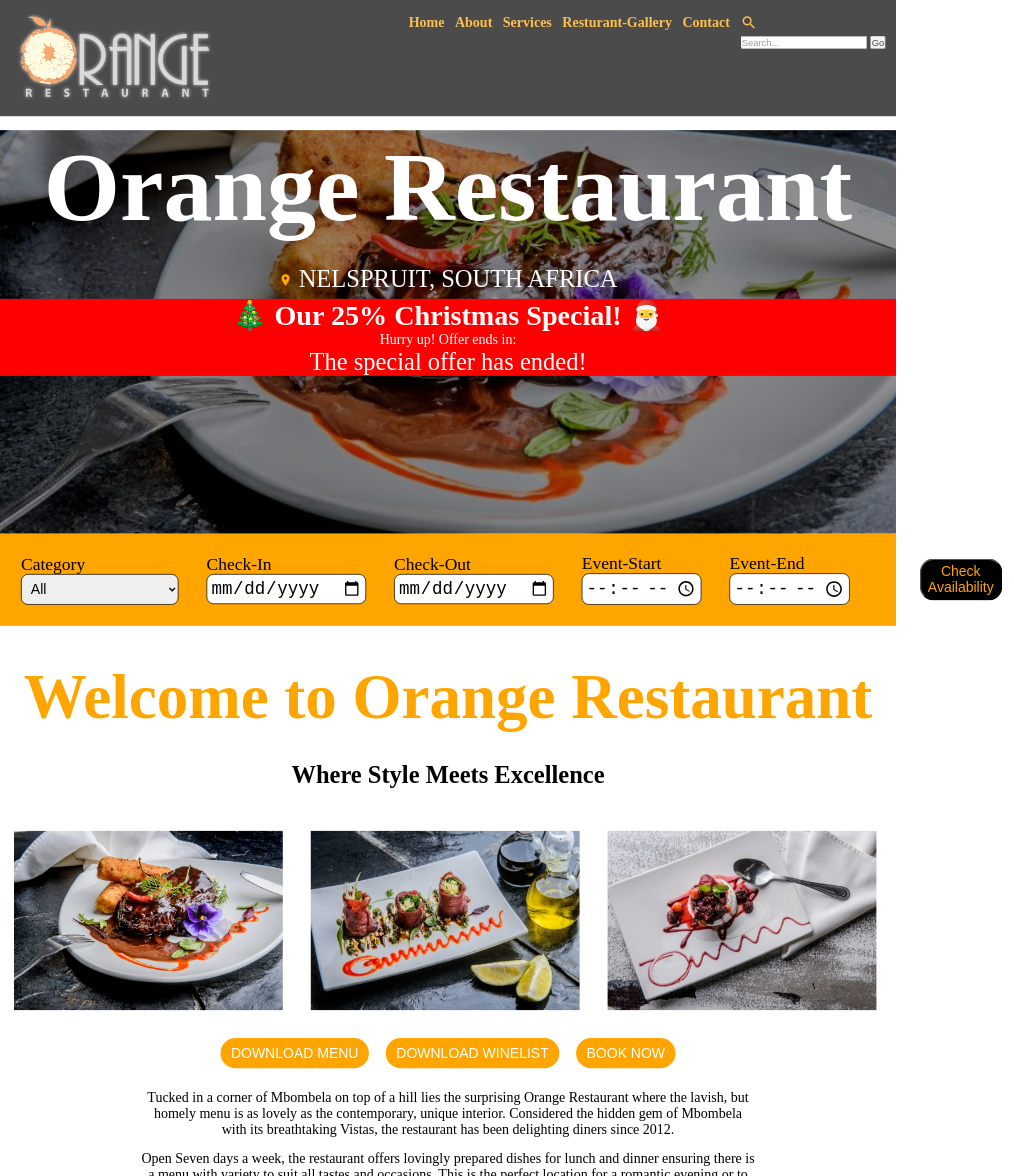
Repository: KaraboM20/KaraboUpdatedProjectOrang-Rest
Page: index.html
The author's editor kept a copy of each file at every save. The page is drawn from the files as they stood at one save, then again after the next save.
The browser window is 1280 px wide. The page is 1448 px wide, so the pictures cover 1448 px, including what lies to the right of the window. The pictures show the part of the page from y = 0 to 1680 px (the page is 2569 px tall), at 70% of full size.

Above is the page before, as saved 2025-01-31 13:34:37.

### index.html
<!DOCTYPE html>
<html lang="en">
<head>
    <meta charset="UTF-8">
    <meta name="viewport" content="width=device-width, initial-scale=1.0">
    <link href="https://fonts.googleapis.com/icon?family=Material+Icons" rel="stylesheet">
    <link rel="stylesheet" href="./responsive.css">
    <link rel="stylesheet" href="./style.css">
    <title>Orange Resturant</title>
</head>
<body>
    <header>
        <!-- The nav-bar section -->
         <section class="nav-section">

        <div class="navbar">
         <div class="logo">
            <img src="./assets/Orange-Logo.png" alt="" class="logo-img">
         </div>

            <div class="nav-info">
                <ul>
                    <li><a href="./index.html">Home</a></li>
                    <li><a href="./about.html">About</a></li>
                    <li><a href="./services.html">Services</a></li>
                    <li><a href="./gallery.html">Resturant-Gallery</a></li>
                    <li><a href="./contact.html">Contact</a></li>
                    <li>
                    <div class="search-container">
                        <span class="material-icons search-icon">search</span>
                        <div class="search-box">
                            <input type="text" placeholder="Search...">
                            <button type="button">Go</button>
                        </div>
                    </div>
                </li>
                </ul>
             </div>

        </div>
    </section>

    <div class="upper-section">

        <div class="overlay">
        </div>

        <div class="banner-wrap">
            <div class="name"><h1>Orange Restaurant</h1></div>
            <div class="icon-div">
            <span class="icon">
                <span class="material-icons"><a href="https://www.google.com/maps/dir//4+Du+Preez+St,+Mbombela,+1200/@-25.4780157,30.9067737,12z/data=!4m8!4m7!1m0!1m5!1m1!1s0x1ee849f51301d8b7:0xb337d404eb7d9758!2m2!1d30.9891752!2d-25.4780387?entry=ttu&g_ep=EgoyMDI0MTExOC4wIKXMDSoASAFQAw%3D%3D" target="_blank">location_on</a> </span>
                NELSPRUIT, SOUTH AFRICA
            </span>
            </div>

            <div class="countdown-container">
                <h6>🎄 Our 25% Christmas Special! 🎅</h6>
                <p class="chritmas-special">Hurry up! Offer ends in:</p>
                <div id="countdown">
                    <span id="days"></span> Days
                    <span id="hours"></span> Hours
                    <span id="minutes"></span> Minutes
                    <span id="seconds"></span> Seconds
                </div>
            </div>

        </div>

        </div>


    </header>
<!-- availability section -->
    <section>
        <form class="check-availability">
        <div class="category">
            <label for="name">Category</label>
            <select name="category" id="category-select">
                <option value="all">All</option>
                <option value="Wedding and Events">Wedding and Events</option>
                <option value="Conferencing">Conference</option>
                <option value="The Mandarin Room">The Mandarin Room</option>
            </select>
        </div>

        <div class="check-in">
            <label for="name">Check-In</label>
            <input type="date">
        </div>

        <div class="check-out">
            <label for="name">Check-Out</label>
            <input type="date">
        </div>

        <div class="event-start">
            <label for="name">Event-Start</label>
            <input type="time">
        </div>

        <div class="event-end">
            <label for="name">Event-End</label>
            <input type="time">
        </div>

        <div>
            <button class="check-button">Check Availability</button>
        </div>
        </form>

    </section>

    <!-- Focuses on the Food -->
    <section>
        <div class="welcome">
        <h1 class="welcome-info">Welcome to Orange Restaurant</h1>
        <h2 class="welcome-info-two">Where Style Meets Excellence</h2>
    </div>


    <div class="food-images">
        <img src="./assets/food-image.jpg" alt="" class="image1">
        <img src="./assets/Food-image2.jpg" alt="" class="image2">
        <img src="./assets/Food-image3.jpg" alt="" class="image3">
    </div>
    <div class="two-buttons">
        <button class="button1"><a href="https://www.eatatorange.co.za/wp-content/uploads/2024/07/NEW-MENU-2024.pdf" target="_blank" class="button-link">DOWNLOAD MENU</a>
            </button>
        <button class="button2"><a href="https://www.eatatorange.co.za/wp-content/uploads/2024/07/WINE-LIST-2024.pdf" target="_blank" class="button-link">DOWNLOAD WINELIST</a></button>
        <button class="button3"><a href="./booking.html" class="button-link">BOOK NOW</a></button>
    </div>

    <div class="paragraph">

    <p>Tucked in a corner of Mbombela on top of a hill lies the surprising Orange Restaurant where the lavish, but homely menu is as lovely as the contemporary, unique interior. Considered the hidden gem of Mbombela with its breathtaking Vistas, the restaurant has been delighting diners since 2012.</p>
    <br>
    <p>Open Seven days a week, the restaurant offers lovingly prepared dishes for lunch and dinner ensuring there is a menu with variety to suit all tastes and occasions. This is the perfect location for a romantic evening or to celebrate an event with family.</p>
    <br>
    <p>We have a built-in bar manned by a cocktail maker who can whip up a number of divine cocktails as set out on our menu.
        For winter we have an indoor fire to add warmth to the ambiance, and for summer days, we have air-conditioning to temper the Lowveld heat.</p>
    </div>

    </section>
<!-- The footer which is about the testimonies -->
    <section>
        <div class="testimony">
            <div class="overlay2"></div>
            <div class="testimony-header">Testimonials</div>
            <div class="sub-heading">From our Valued Customers</div>

            <div class="testimony1">
                <p>I met a keen observer who gave me a tip: ‘If you run across a restaurant where you often see priests eating with priests, or sporting girls with sporting girls, you may be confident that it is good. Those are two classes of people who like to eat well and get their money’s worth.
                </p>
                <div class="star-icons">
                <span class="material-icons">star</span>
                <span class="material-icons">star</span>
                <span class="material-icons">star</span>
                <span class="material-icons">star</span>
                <span class="material-icons">star</span>
                </div>

                <p>A.J Liebling</p>

            </div>

            <div class="testimony2">
                <p> Great restaurants are, of course, nothing but mouth-brothels. There is no point in going to them if one intends to keep one's belt buckled.
                </p>
                <div class="star-icons">
                    <span class="material-icons">star</span>
                    <span class="material-icons">star</span>
                    <span class="material-icons">star</span>
                    <span class="material-icons">star</span>
                    <span class="material-icons">star</span>
                </div>

                <p>Frederic Raphael</p>

            </div>

            <div class="testimony3">
                <p>I don’t know when pepper mills in a restaurant got to be right behind frankincense and myrrh in prominence. It used to be in a little jar that sat next to the salt on the table and everyone passed it around, sneezed, and it was no big deal.
                     </p>
                     <div class="star-icons">
                        <span class="material-icons">star</span>
                        <span class="material-icons">star</span>
                        <span class="material-icons">star</span>
                        <span class="material-icons">star</span>
                        <span class="material-icons">star</span>
                     </div>
                <p>Erma Bombeck</p>

            </div>


        </div>
    </section>

    <script src="script.js"></script>
</body>
</html>

### responsive.css
@media (max-width: 768px) and (min-width:480px)  {
 body {
    text-align: center;
    align-items: center;
    justify-content: center;
    max-width: 600px;
 }

 .check-availability {
    display: block;
    display: grid;

 }



}

### style.css
* {
    margin: 0 ;
    padding:0 ;
    box-sizing: border-box;

}

.nav-section {
    opacity: 0.7;
    background-color: black;
}

.upper-section {
    background-image: url(./assets/food-image.jpg);
    background-size: cover;
    background-position: center;
    height: 80vh;
    width: 100vw;
    position: relative;
    z-index: 0;

}



.overlay {
    z-index: -1;
    height: 100%;
    width: 100%;
    background: black;
    position: absolute;
    top: 0;
    opacity: 40%;
}

.navbar {
    display: flex;
    justify-content: space-between;

}

.nav-info {
    position: sticky;
}

.nav-info ul {
    list-style: none;
    color: orange;
    display: flex;
    margin-top: 20px;

}

.nav-info li {
    margin-right: 15px;
    font-size: 18px;
    font-weight: bold;

}

a {
    text-decoration: none;
    color: orange;
    font-size: 20px;
}

a:hover {
    color: rgb(226, 43, 162);
    cursor: pointer;
}

li:hover {
    cursor: pointer;
}


.logo-img {
    width: 80%;
    height: auto;
}



.banner-wrap {
    color: white;
    font-size: 70px;
    text-align: center;
    justify-content: center;

}

h1 {
    margin-top: 20px;
}

.icon {
    text-decoration:none;
    color: white;
    font-size: 35px;
    align-items: center;
    justify-content: center;

}

.material-icons {
    color: orange;
}


.check-availability {
    display: flex;
   background-color: orange;
   padding: 10px;
   border: none;
   font-size: 25px;
   align-items: center;
   max-width: 100vw;


}

.check-availability input {

    font-size: 25px;
    border: 1px solid black;
    border-radius: 10px;
    padding: 5px;
}

.category {
    display: grid;
    margin: 20px;
}

#category-select {
    font-size: 20px;
    border: 1px solid black;
    border-radius: 10px;
    padding: 9px;
}

.check-in {
    display: grid;
    margin: 10px;
    padding: 5px 10px;
}

.check-out {
    display: grid;
    margin: 10px;
    padding: 5px 10px;

}

.event-start {
    display: grid;
    margin: 10px;
    padding: 5px 10px;

}

.event-end {
    display: grid;
    margin: 10px;
    padding: 5px 10px;

}

.check-button  {
    color: orange;
    background-color: black;
    border-radius: 20px;
    font-size: 20px;
    margin-bottom: 0;
    margin-left: 80px;
    padding: 5px 10px;
    text-align: center;


}

.check-button:hover {
    color: black;
    background-color: orange;
    cursor: pointer;
}

.welcome {
    text-align: center;

}

.welcome-info {
    color: orange;
    font-size: 90px;
    margin-top: 50px;
}

.welcome-info-two {
    font-size: 35px;
    align-items: center;
    justify-content: center;
    margin-top: 40px;
    margin-bottom: 40px;
}

.food-images {
    display: flex;
    align-items: center;


}

img {
    margin: 20px;
    width: 30%;
    height: auto;
}

.two-buttons {
    margin-top: 20px;
    margin-bottom: 30px;
    text-align: center;

}

.button1 {
    color: white;
    background-color: orange;
    border: none;
    font-size: 20px;
    padding: 10px 15px;
    border-radius: 30px;
}

.button-link {
    color: white;
    background-color: orange;
}

.button-link:hover {
    color: black;
    cursor: pointer;
}

.button2 {
    color: white;
    background-color: orange;
    margin-left: 20px;
    border: none;
    font-size: 20px;
    padding: 10px 15px;
    border-radius: 30px;
}

.button3 {
    color: white;
    background-color: orange;
    margin-left: 20px;
    border: none;
    font-size: 20px;
    padding: 10px 15px;
    border-radius: 30px;
}


p {
    text-align: center;
    font-size: 20px;
    margin-left: 100px;
    margin-right: 100px;
    padding-left: 100px;
    padding-right: 100px;
}

.paragraph {
    margin-bottom: 30px;
}

.testimony {
    background-image: url(./assets/Food-image3.jpg);
    color: white;
    background-size: cover;
    background-position: center;
    height: 100vh;
    width: 100vw;
    position: relative;

}

.overlay2 {
    z-index: 1;
    height: 100%;
    width: 100%;
    background: black;
    position: absolute;
    top: 0;
    opacity: 20%;
}

.testimony-header {
    color: orange;
    font-size: 90px;
    margin-top: 50px;
    text-align: center;
}

.sub-heading {
    font-size: 35px;
    color: black;
    text-align: center;
    margin-top: 40px;
    margin-bottom: 40px;

}

.star-icons {
    color: orange;
    text-align: center;
    margin: 20px;


}

.top-logo {
    text-align: center;
}

.top-name {
    color: orange;
    font-size: 100px;
}

.top-name2 {
    font-size: 30px;
}

.paragraph2 {
    margin-top: 60px;
    margin-bottom: 60px;
}

.service-top {
    text-align: center;
}

.wedding {
    margin-top: 60px;
}

.wed-heading {
    text-align: center;
    font-size: 35px;
    font-weight: bold;
}

.wed-info {
    display: flex;
    align-content: center;
    align-items: center;
    justify-content: center;
    margin-top: 50px;
    margin-bottom: 50px;

}

.wed-img {
    width: 500px;

}

.img-thumbnail {
    width: 400px;

}

.wed-info2 {
    width: 400px;

}

.restaurant-image {
    display: flex;
    flex-wrap: wrap;
    height: 375px;
    gap: 20px;
    justify-content: center;

}

.restaurant-image img {
    height: 374px;
    width: 400px;
}

.contact-info {
    text-align: center;
    margin-top: 100px;
}

.booking-info {
    margin-top: 60px;
}

.booking-form {
    margin-top: 50px;
    margin-bottom: 50px;
}

.booking-form label {
    font-size: 30px;
    color: orange;
}

.booking-form input {
    font-size: 30px;
    border-radius: 10px;
}

.booking-label {
    margin-bottom: 30px;
}

.booking-button {
    color: white;
    background-color: orange;
    border: none;
    font-size: 30px;
    padding: 10px;
    border-radius: 25px;
    margin-top: 20px;
    margin-left: 200px;

}

.booking-button:hover {
    color: orange;
    background-color: black;
}

.countdown-container {
    color: white;
    background-color: red;
    border: none;
    font-size: 60px;

}



#countdown {
    font-size: 35px;
}

### script.js

const targetDate = new Date("December 25, 2024 23:59:59").getTime();


function updateCountdown() {
    const now = new Date().getTime();
    const timeLeft = targetDate - now;

    if (timeLeft > 0) {

        const days = Math.floor(timeLeft / (1000 * 60 * 60 * 24));
        const hours = Math.floor((timeLeft % (1000 * 60 * 60 * 24)) / (1000 * 60 * 60));
        const minutes = Math.floor((timeLeft % (1000 * 60 * 60)) / (1000 * 60));
        const seconds = Math.floor((timeLeft % (1000 * 60)) / 1000);


        document.getElementById("days").textContent = days;
        document.getElementById("hours").textContent = hours;
        document.getElementById("minutes").textContent = minutes;
        document.getElementById("seconds").textContent = seconds;
    } else {

        document.getElementById("countdown").textContent = "The special offer has ended!";
    }
}


setInterval(updateCountdown, 1000);


updateCountdown();



const searchIcon = document.querySelector('.search-icon');
const searchBox = document.querySelector('.search-box');

searchIcon.addEventListener('click', (event) => {
    event.stopPropagation();
    if (searchBox.style.display === 'none' || searchBox.style.display === '') {
        searchBox.style.display = 'block';
    } else {
        searchBox.style.display = 'none';
    }
});


document.addEventListener('click', (event) => {
    const searchContainer = document.querySelector('.search-container');
    if (!searchContainer.contains(event.target)) {
        searchBox.style.display = 'none';
    }
});

After the next save:
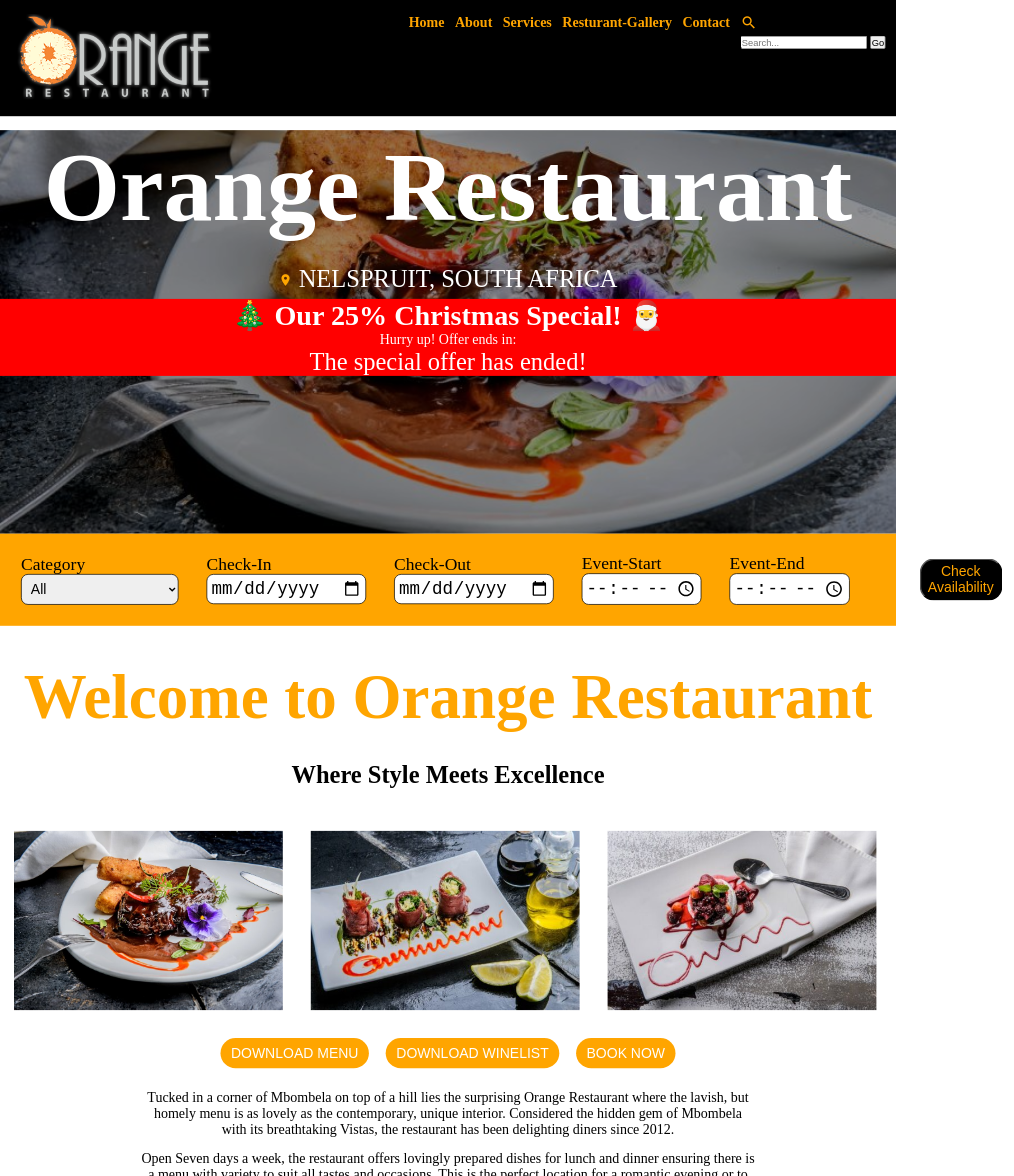
Saved 46 s later.
--- a/style.css
+++ b/style.css
@@ -6,7 +6,7 @@
 }
 
 .nav-section {
-    opacity: 0.7;
+    /* opacity: 0.7; */
     background-color: black;
 }
 

After the save that followed:
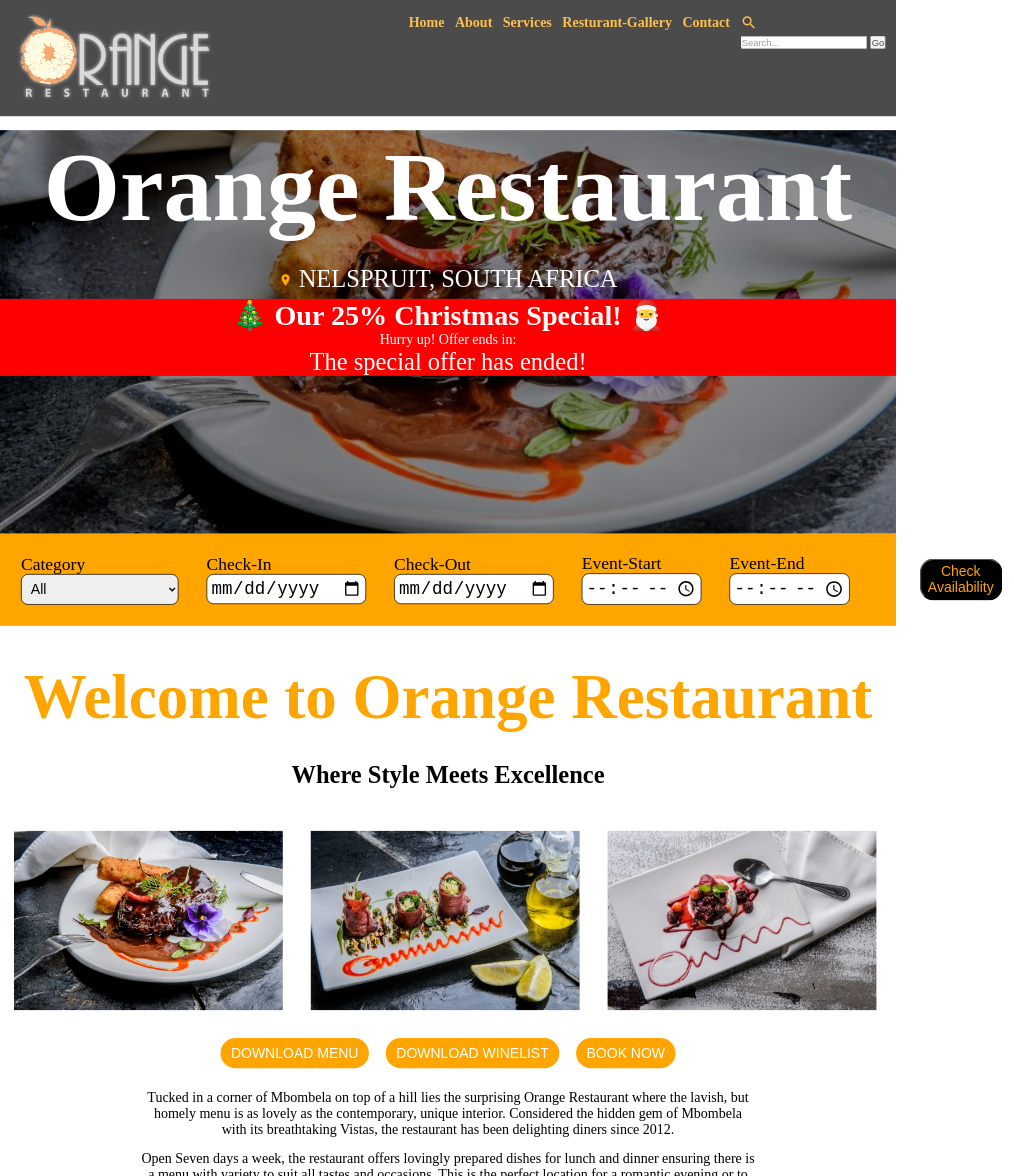
Saved 6 s later.
--- a/style.css
+++ b/style.css
@@ -6,7 +6,7 @@
 }
 
 .nav-section {
-    /* opacity: 0.7; */
+    opacity: 0.7;
     background-color: black;
 }
 
